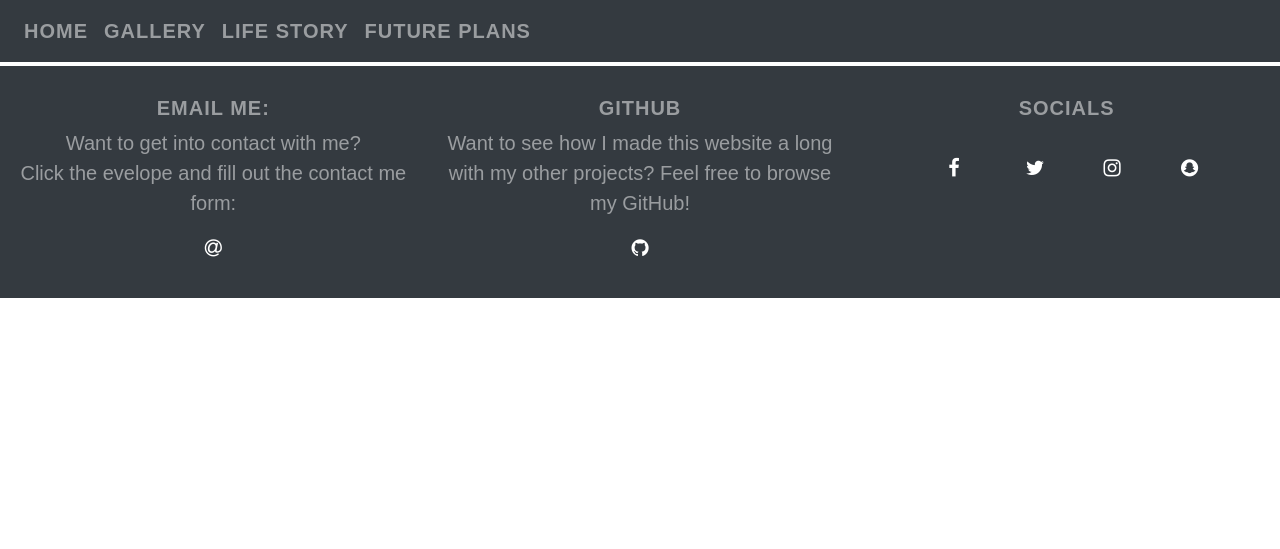
Repository: Code-Institute-Submissions/user-centric-frontend-dev-milestone-project
Page: gallery.html
The author's editor kept a record of every edit. The page is drawn from the files as they stood at one moment, then again after the next edit.
The browser window is 1280 px wide. The pictures show the whole page.
Some web fonts or font styles are not loaded; a fallback is used.

Above is the page before.

### gallery.html
<!DOCTYPE html>
<html lang="en">

<head>
    <meta charset="UTF-8">
    <meta name="viewport" content="width=device-width, initial-scale=1.0">
    <meta http-equiv="X-UA-Compatible" content="ie=edge">
    <link rel="stylesheet" href="assets/css/style.css" type="text/css" />
    <link rel="stylesheet" href="https://stackpath.bootstrapcdn.com/font-awesome/4.7.0/css/font-awesome.min.css" type="text/css" />
    <link rel="stylesheet" href="https://stackpath.bootstrapcdn.com/bootstrap/4.3.1/css/bootstrap.min.css" type="text/css" />
    <title>Will Penrose Autobiography</title>
</head>

<body>
    <header>
        <!--------------------------------------NAVBAR----------------------------->

        <nav class="navbar navbar-expand-sm navbar-dark bg-dark fixed-top text-uppercase">
            <button class="navbar-toggler" data-toggle="collapse" data-target="#collapse_target">
                <span class="navbar-toggler-icon"></span>
            </button>
            <div class="collapse navbar-collapse" id="collapse_target">
                <ul class="navbar-nav">
                    <li class="nav-item">
                        <a class="nav-link" href="index.html">Home</a>
                    </li>
                    <li class="nav-item">
                        <a class="nav-link" href="gallery.html">Gallery</a>
                    </li>
                    <li class="nav-item">
                        <a class="nav-link" href="story.html">Life Story</a>
                    </li>
                    <li class="nav-item">
                        <a class="nav-link" href="plans.html">Future Plans</a>
                    </li>
                </ul>
            </div>
        </nav>

        <!--------------------------------------MAIN CONTENT----------------------------->

        <section class="gallery">
            <div class="container-fluid">
                <div class="row">
                    <div class="col-12">
                        <h1 class="gallery-heading">Gallery</h1>
                    </div>
        </section>

        <!--------------------------------------FOOTER----------------------------------->
        <footer>
            <div class="container-fluid">
                <div class="row">
                    <div class="col-sm-4 footer-paragraph">
                        <h4 class="footer-section text-uppercase">Email Me:</h4>
                        <p>
                            Want to get into contact with me?<br> Click the evelope and fill out the contact me form:
                            <br>
                            <a href="contact.html" target="_blank">
                            <i class="fa fa-at email" aria-hidden="true"></i>
                            <span class="sr-only">Email</span>
                        </a>
                        </p>
                    </div>
                    <div class="col-sm-4 footer-paragraph">
                        <h4 class="footer-section text-uppercase social-links">GitHub</h4>
                        <p>
                            Want to see how I made this website a long with my other projects? Feel free to browse my GitHub!
                            <br>
                            <a href="https://github.com/mrwillpenrose" target="_blank">
                            <i class="fa fa-github" aria-hidden="true"></i>
                            <span class="sr-only">GitHub</span>
                        </a>
                        </p>
                    </div>
                    <div class="col-sm-4 footer-paragraph">
                        <h4 class="footer-section text-uppercase">Socials</h4>
                        <ul class="list-inline social-links">
                            <li class="list-inline-item">
                                <a href="https://www.facebook.com/will.penrose.94" target="_blank">
                                <i class="fa fa-facebook" aria-hidden="true"></i>
                                <span class="sr-only">Facebook</span>
                            </a>
                            </li>
                            <li class="list-inline-item">
                                <a href="https://twitter.com/WillP3nrose" target="_blank">
                                <i class="fa fa-twitter" aria-hidden="true"></i>
                                <span class="sr-only">Twitter</span>
                            </a>
                            </li>
                            <li class="list-inline-item">
                                <a href="https://www.instagram.com/mrwillpenrose/" target="_blank">
                                <i class="fa fa-instagram" aria-hidden="true"></i>
                                <span class="sr-only">Instagram</span>
                            </a>
                            </li>
                            <li class="list-inline-item">
                                <a href="https://imgur.com/5HMoy86" target="_blank">
                                <i class="fa fa-snapchat" aria-hidden="true"></i>
                                <span class="sr-only">Snapchat</span>
                            </a>
                            </li>
                        </ul>
                    </div>
                </div>
            </div>
        </footer>
</body>

</html>

### assets/css/style.css
@import url('https://fonts.googleapis.com/css?family=Odibee+Sans&display=swap:100,200,300,400,500,600,700|PT Sans Narrow:100,200,300,400,500,600,700');

/*---------------------------Navbar*/

.navbar {
    font-family: "Odibee Sans", sans-serif;
    font-size: 20px;
    letter-spacing: 1px;
    font-weight: 600;
}

/*---------------------------General*/

.inline-block {
    display: inline-block;
}

/*---------------------------Home Page Heading*/

.heading {
    text-align: center;
    margin: 0;
    padding-top: 100px;
}

img {
    width: 100%;
    height: 100%;
}

.jumbotron .name {
    font-family: "Odibee Sans", sans-serif;
    font-weight: 500;
    font-size: 60px
}

.jumbotron .title {
    font-family: "PT Sans Narrow", sans-serif;
    font-weight: 300;
    font-size: 40px
}

/*----------------------Home Page Text*/

.paragraph-heading {
    font-family: "Odibee Sans", sans-serif;
    font-size: 50px;
    text-align: center;
    text-decoration: underline;

}

.home-paragraphs {
    font-family: "PT Sans Narrow", sans-serif;
    font-size: 30px;
    width: 100%;
}

/*----------------------Media Quires*/

@media (max-width: 992px) {
    .home-paragraphs {
        padding-top: 20px;
    }
}

/*----------------------Contact Form*/

.contact-title {
    text-align: center;
}

/*----------------------Footer and Socials*/

footer {
    background-color: #343a40;
    color: rgba(255, 255, 255, 0.5);
    margin-top: 10px
}

.footer-paragraph {
    font-family: "PT Sans Narrow", sans-serif;
    text-align: center;
    font-size: 20px;
    font-weight: 400;
}

.footer-section {
    padding-top: 30px;
    text-align: center;
    font-family: "Odibee Sans", sans-serif;
    letter-spacing: 1px;
    font-size: 20px;
    font-weight: 600;
}

/*----------------------Footer Icons*/

.social-links li a i {
    width: 64px;
    height: 64px;
    color: #fff;
    padding: 30px;
}


p a i {
    width: 64px;
    height: 64px;
    color: #fff;
    padding-top: 20px;
}


/*----------------------Story Page*/

.story {
    margin: 0;
    padding-top: 100px;
}

.story-heading {
    font-family: "Odibee Sans", sans-serif;
    font-size: 50px;
    text-align: center;
}

.story-paragraphs {
    font-family: "PT Sans Narrow", sans-serif;
    font-size: 30px;
    display: inline-block;
}


/*----------------------Story Subheadings*/

.birth-subheading {
    font-family: "Odibee Sans", sans-serif;
    font-size: 40px;
    text-align: left;
    text-decoration: underline;
    padding-bottom: 10px
}

.years-subheading {
    font-family: "Odibee Sans", sans-serif;
    font-size: 40px;
    text-align: left;
    text-decoration: underline;
    padding-bottom: 10px
}

.leading-subheading {
    font-family: "Odibee Sans", sans-serif;
    font-size: 40px;
    text-align: left;
    text-decoration: underline;
    padding-bottom: 10px
}

.teen-subheading {
    font-family: "Odibee Sans", sans-serif;
    font-size: 40px;
    text-align: left;
    text-decoration: underline;
    padding-bottom: 10px
}

.present-subheading {
    font-family: "Odibee Sans", sans-serif;
    font-size: 40px;
    text-align: left;
    text-decoration: underline;
    padding-bottom: 10px
}


/*----------------------Gallery Page*/

After the next edit:
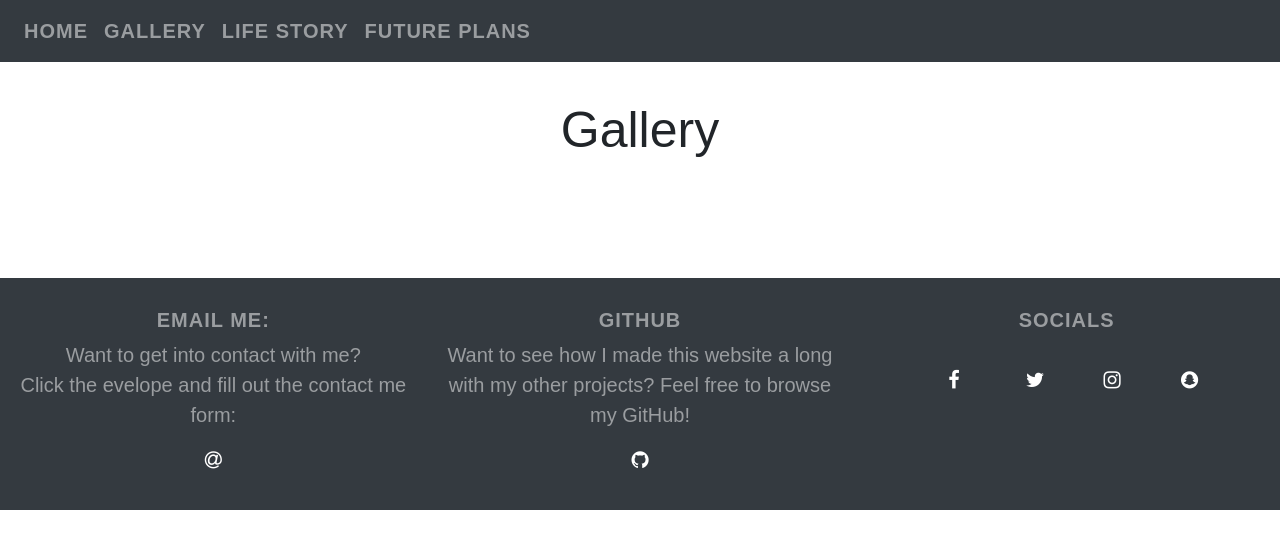
The edit:
--- a/assets/css/style.css
+++ b/assets/css/style.css
@@ -176,3 +176,14 @@ p a i {
 
 
 /*----------------------Gallery Page*/
+
+.gallery {
+    margin: 0;
+    padding: 100px;
+}
+
+.gallery-heading {
+    font-family: "Odibee Sans", sans-serif;
+    font-size: 50px;
+    text-align: center;
+}
